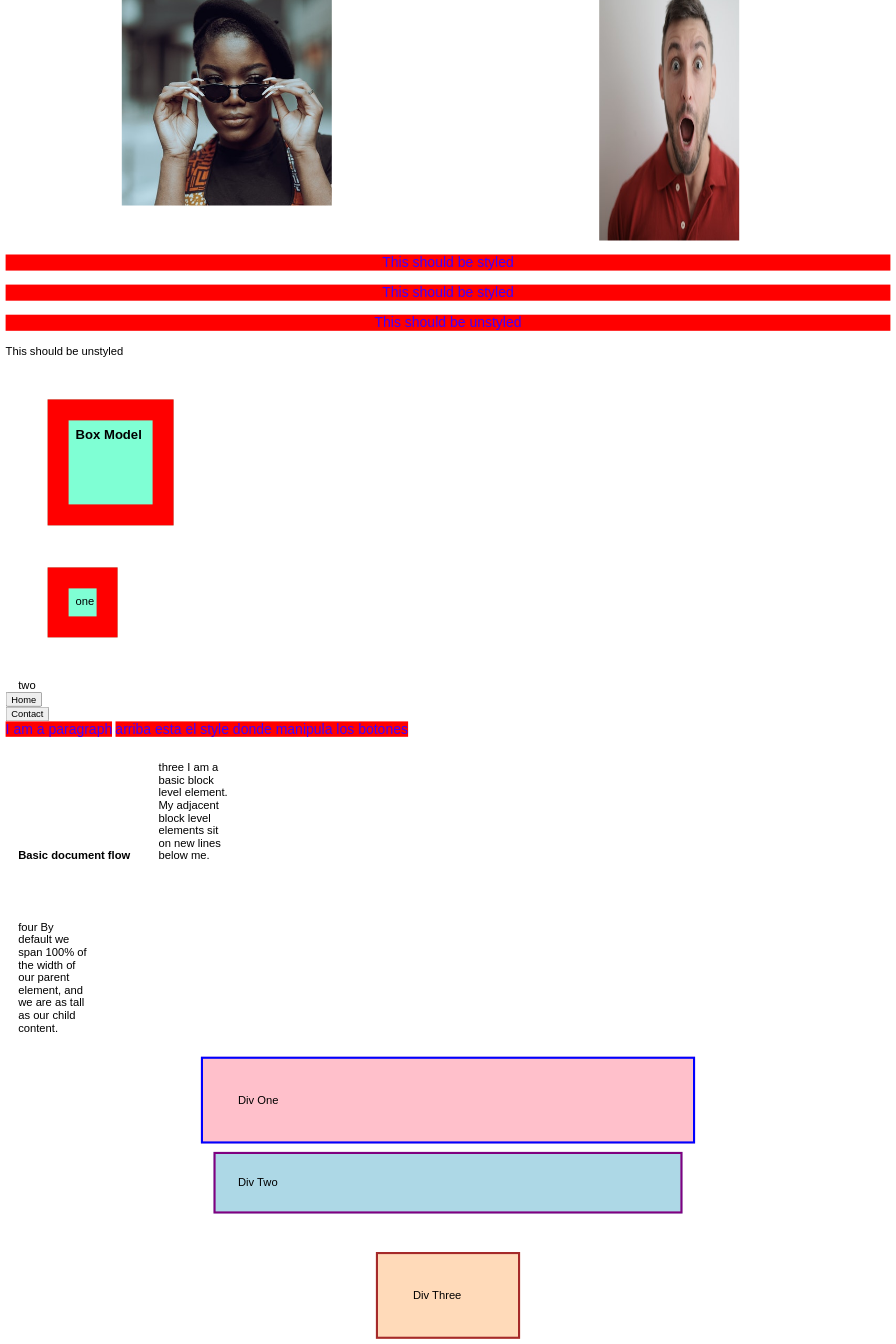
Repository: HeliosAI9/First-test-website
Page: mywebsite/html-boilerplate/pagetwo.html
An editor plug-in stored every save of this project. The page is shown before and after the next save, followed by the edit.
The browser window is 1280 px wide. The pictures show the part of the page from y = 1112 to 3032 px (the page is 3032 px tall before and 2934 px after), at 70% of full size.

Above is the page before, as saved 2023-05-31 10:04:54.
Not found: mywebsite/html-boilerplate/script.js

After the next save:
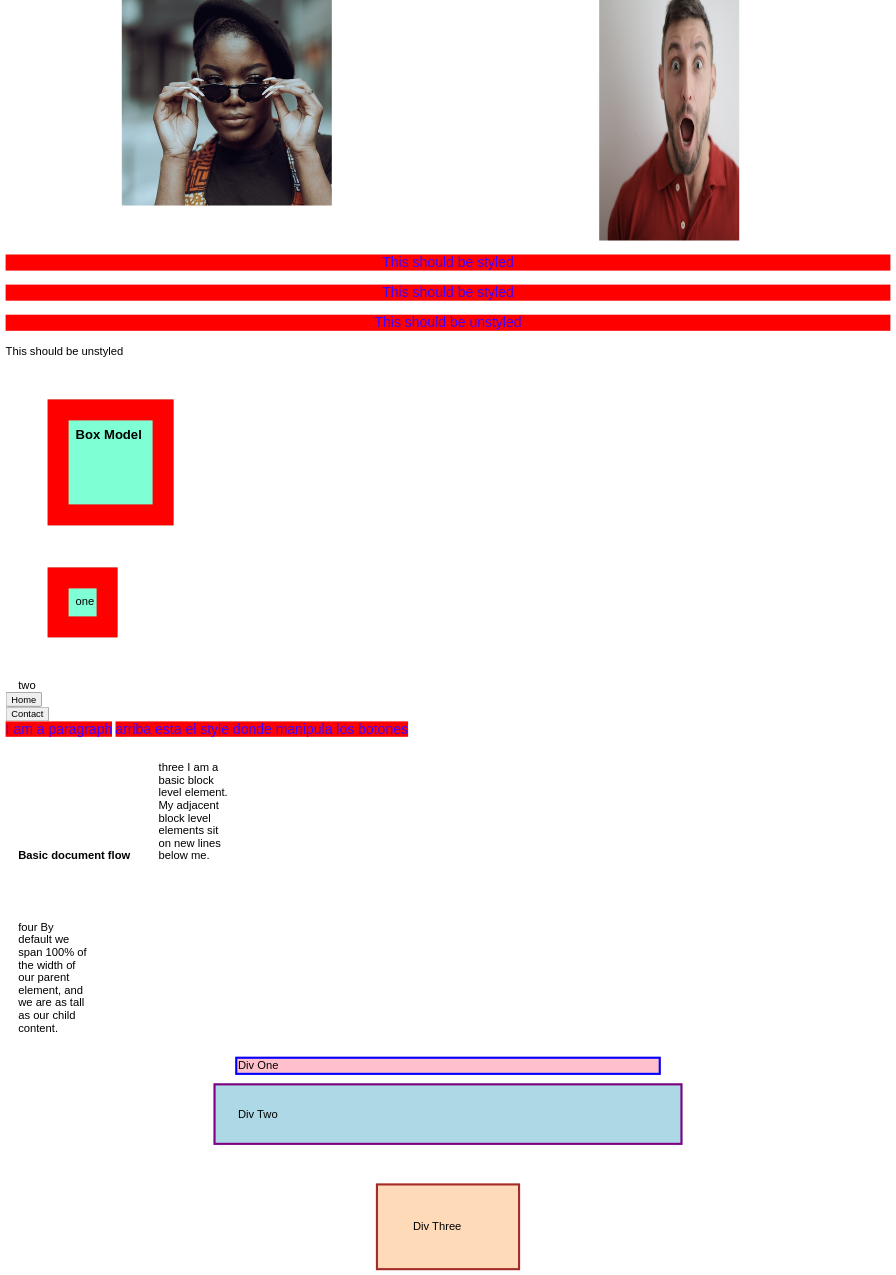
Saved 19 s later.
--- a/mywebsite/html-boilerplate/css/style.css
+++ b/mywebsite/html-boilerplate/css/style.css
@@ -137,7 +137,7 @@
     margin-bottom: 12px;
     background: pink;
     border: 3px solid blue;
-    padding: 50px;
+    padding: 1px;
 
   }
 
